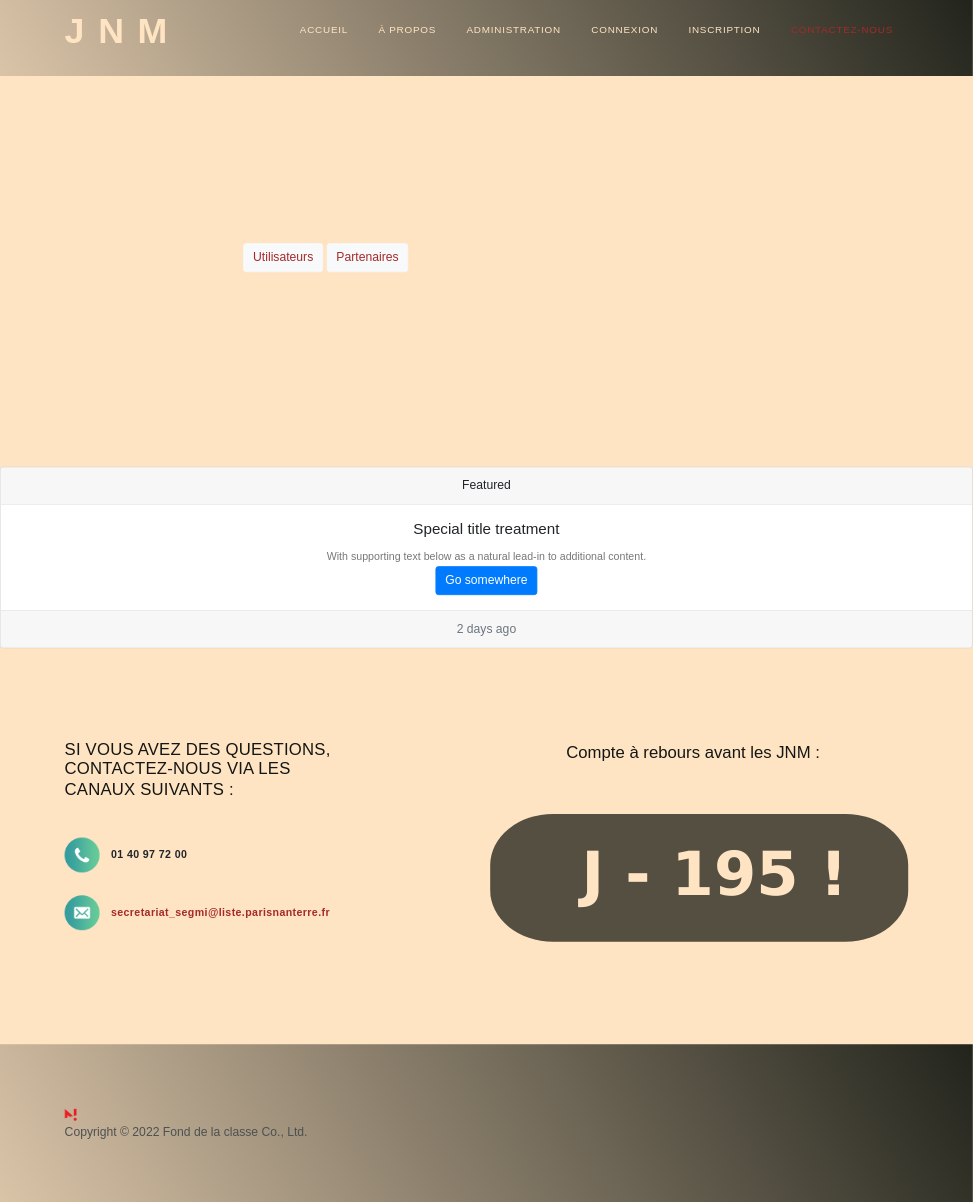
Repository: RiadNadri/ProjetWeb2022
Page: templates/Admin/admin.html.twig
These files come from the project's save history. The page is drawn as it stood at one moment and after the next save; the edit follows.
The browser window is 1280 px wide. The pictures show the whole page, at 76% of full size.
Some web fonts or font styles are not loaded; a fallback is used. The page is a Twig template of a Symfony application; nobody is signed in and links lead nowhere. The template is opened directly, without the code that normally fills it, so the values that code supplies are empty.

Above is the page before, as saved 2022-12-24 17:15:47.

### templates/Admin/admin.html.twig
{% extends 'base.html.twig' %}

{% block title %} Administration {% endblock %}


{% block body %}

<style>
    .buttonUser{
        margin-top: 25%;
        margin-bottom: 20%;
        margin-left: 25%;
    }
    .buttonPartenaire{
        margin-left:35%;
        font-size: xx-large;
    }
</style>

<div class="buttonUser">
    <div class="btn btn-light" >
        <a href="{{path('app_user')}}">Utilisateurs</a>
    </div>
    <div class="btn btn-light" >
        <a  href="{{path('app_partenaire')}}">Partenaires</a>
    </div>
</div>

<div class="card text-center">
  <div class="card-header">
    Featured
  </div>
  <div class="card-body">
    <h5 class="card-title">Special title treatment</h5>
    <p class="card-text">With supporting text below as a natural lead-in to additional content.</p>
    <a href="#" class="btn btn-primary">Go somewhere</a>
  </div>
  <div class="card-footer text-muted">
    2 days ago
  </div>
</div>
{% endblock %}

### templates/base.html.twig
<!DOCTYPE html>
<html>
    <head>
        <meta charset="UTF-8">
        <title>{% block title %}{% endblock %} - JNM</title>
        <meta name="viewport" content="width=device-width, initial-scale=1, shrink-to-fit=no">
        <meta name="description" content="">
        <meta name="author" content="">
        <link href="https://fonts.googleapis.com/css?family=Raleway:100,200,300,400,500,600,700,800,900&display=swap" rel="stylesheet">
        <link rel="shortcut icon" type= "image/png" href="{{ asset('img/favicon.png')}}" />

        {# Run `composer require symfony/webpack-encore-bundle` to start using Symfony UX #}

        <link rel="stylesheet" href="{{ asset('assets/css/bootstrap.min.css')}}">
        <link rel="stylesheet" href="{{ asset('assets/css/templatemo-breezed (1).css')}}">

        {% block stylesheets %}{% endblock %}

        {% block javascripts %}{% endblock %}
    </head>
    <body>

        <header class="header-area header-sticky">
        <div class="container">
            <div class="row">
                <div class="col-12">
                    <nav class="main-nav">
                        <!-- ***** Logo Start ***** -->
                        <a href="{{path('app_accueil')}}" class="logo">
                            JNM
                        </a>
                        <!-- ***** Logo End ***** -->
                        <!-- ***** Menu Start ***** -->
                        <ul class="nav">
                            <li class="scroll-to-section"><a href="{{path('app_accueil')}}" >Accueil</a></li>
                            <li class="scroll-to-section"><a href="#about">À propos</a></li>
                            <li class="scroll-to-section"><a href="{{path('app_admin')}}">Administration</a></li>
                            <li class="scroll-to-section"><a href="{{path('app_connexion')}}">Connexion</a></li>
                            {% if app.user %}
                                <li class="scroll-to-section"><a href="#réservation">Réservation</a></li>
                                <li class="scroll-to-section"><a href="{{path('app_profil')}}">Mon profil</a></li>
                                <li class="scroll-to-section"><a href="{{path('app_deconnexion')}}">Deconnexion</a></li>
                            {% else %}
                                <li class="scroll-to-section"><a href="{{path('app_inscription')}}">Inscription</a></li>
                            {% endif %}
                            <li class="scroll-to-section"><a href="#contact-us" class="active">Contactez-Nous</a></li>


                        </ul>

                        <!-- ***** Menu End ***** -->
                    </nav>
                </div>
            </div>
        </div>
    </header>

    {% block body %}
    <section class="section" id="about">
        <div class="container">
            <div class="row">
                <div class="col-lg-6 col-md-6 col-xs-12">
                    <div class="left-text-content">
                        <div class="section-heading">
                            <h6>À propos des Journées Nationales de la MIAGE</h6>
                            <h2>Certains de nos partenaires</h2>
                        </div>
                        <div class="row">
                            <div class="col-md-6 col-sm-6">
                                <div class="service-item">
                                    <a href="https://pepsi.fr/" rel ="nofollow noopener" target="_blank"> <img src="{{ asset('img/Pepsi-Logo-PNG-Pic.png')}}" alt=""> </a>
                                    <h4><a rel="nofollow noopener" href="https://pepsi.fr/" target="_blank">Pepsi</a></h4>
                                </div>
                            </div>
                            <div class="col-md-6 col-sm-6">
                                <div class="service-item">
                                    <a href="https://www.beinsports.com/france/" rel ="nofollow noopener" target="_blank"> <img src="{{ asset('img/Bein_sport_logo.png')}}" alt=""> </a>
                                    <h4><a rel="nofollow noopener" href="https://www.beinsports.com/france/" target="_blank">BeIn Sport</a></h4>
                                </div>
                            </div>
                            <div class="col-md-6 col-sm-6">
                                <div class="service-item">
                                    <a href="https://www.canalplus.com/" rel ="nofollow noopener" target="_blank"> <img src="{{ asset('img/canal-logo-png-transparent.png')}}" alt=""> </a>
                                    <h4><a rel="nofollow noopener" href="https://www.canalplus.com/" target="_blank">Canal +</a></h4>
                                </div>
                            </div>
                            <div class="col-md-6 col-sm-6">
                                <div class="service-item">
                                    <a href="https://www.wwf.fr/" rel ="nofollow noopener" target="_blank"> <img src="{{ asset('img/panda.png')}}" alt=""> </a>
                                    <h4><a rel="nofollow noopener" href="https://www.wwf.fr/" target="_blank">WWF</a></h4>
                                </div>
                            </div>
                            <div class="col-md-12">
                                <a href="#" class="main-button-icon">
                                    En savoir plus
                                </a>
                            </div>
                        </div>
                    </div>
                </div>
                <div class="col-lg-6 col-md-6 col-xs-12">
                    <div class="right-text-content">
                        <p>Les Journées Nationales de la Miage sont organisées par <a rel="nofollow noopener" href="https://www.parisnanterre.fr/" target="_blank">L'Université Paris Nanterre</a> en 2023.
                        <br><br>Du 01/06/2023 au 04/06/2023 venez participer aux Journées Nationales de la MIAGE aux portes de Paris sur le campus de Nanterre. Retrouvez-y toutes les MIAGE de France pour partager un bon moment.
                      <br><br>Prenez part aux différentes activités et profitez-en pour élargir votre réseau miagiste !</p>
                    </div>
                </div>
            </div>
        </div>
    </section>

    <section class="section" id="features">
        <div class="container">
            <div class="row">
                <div class="col-lg-4 col-md-6 col-sm-12 col-xs-12" data-scroll-reveal="enter left move 30px over 0.6s after 0.4s">
                    <div class="features-item">
                        <div class="features-icon">
                            <img src="{{ asset('img/Icone.png')}}" height="30px" width="30px" alt="">
                        </div>
                        <div class="features-content">
                            <h4>Le campus de Nanterre</h4>
                            <p>Situé à proximité du quartier d'affaires da La Défense, le campus de Nanterre s'étend sur 30 hectares.<br> Chaque année, il accueille plus de 40 000 étudiants et met à leur disposition divers types d'infrastructures permettant de pratiquer des activités sportives et culturelles !</p>
                            <a href="https://www.parisnanterre.fr/" target="_blank" class="text-button-icon">
                                En savoir plus
                            </a>
                        </div>
                    </div>
                </div>
                <div class="col-lg-4 col-md-6 col-sm-12 col-xs-12" data-scroll-reveal="enter bottom move 30px over 0.6s after 0.4s">
                    <div class="features-item">
                        <div class="features-icon">
                            <img src="{{ asset('img/miage.png')}}" height="30px" width="30px" alt="">
                        </div>
                        <div class="features-content">
                            <h4>La Miage de Nanterre</h4>
                            <p>Intégrée au sein de l'Unité de Formation et de Recherche
                                <a href="https://ufr-segmi.parisnanterre.fr/" rel="nofollow noopener" target="_blank">
                                SEGMI
                                </a> au bâtiment Allais (G), la MIAGE de Nanterre</p>
                            <a href="https://miage.parisnanterre.fr/" class="text-button-icon">
                                En savoir plus
                            </a>
                        </div>
                    </div>
                </div>
                <div class="col-lg-4 col-md-6 col-sm-12 col-xs-12" data-scroll-reveal="enter right move 30px over 0.6s after 0.4s">
                    <div class="features-item">
                        <div class="features-icon">
                            <img src="{{ asset('img/eiffel.png')}}" height="50px" width="50px"alt="">
                        </div>
                        <div class="features-content">
                            <h4>Le séjour à Paris</h4>
                            <p>Vous pourrez profiter d'ếtre aux portes de Paris pour visiter la capitale. La ligne du RER A vous permettra de rejoindre le centre-ville en moins de 30 minutes.<br> Allez explorer le 1er arrondissement riche en culture, ou manger dans l'un des 18 000 restaurants parisiens !</p>
                            <a href="https://www.parisinfo.com/visiter-a-paris" class="text-button-icon">
                                En savoir plus
                            </a>
                        </div>
                    </div>
                </div>
            </div>
        </div>
    </section>
    {% endblock %}


    <!-- ***** Contact Us Area Starts ***** -->
    <section class="section" id="contact-us">
        <div class="container">
            <div class="row">
                <div class="col-lg-4 col-md-4 col-xs-12">
                    <div class="left-text-content">
                        <div class="section-heading">
                            <h6>Si vous avez des questions, Contactez-nous via les canaux suivants :</h6>
                        </div>
                        <ul class="contact-info">
                            <li><img src="{{ asset('img/contact-info-01.png')}}" alt="">01 40 97 72 00</li>
                            <li><img src="{{ asset('img/contact-info-02.png')}}" alt=""><a href="mailto:secretariat_segmi@liste.parisnanterre.fr">secretariat_segmi@liste.parisnanterre.fr</a></li>
                        </ul>
                    </div>
                </div>

                <div class="col-lg-8 col-md-6 col-xs-12">
                    <div class="section-heading">
                        <h7>Compte à rebours avant les JNM :</h7>
                    </div>
                    <div class="cpt">

                        <label id="Compte"></label>
                            <script type="text/javascript" >
                                var Affiche=document.getElementById("Compte");
                                function Rebour() {
                                 var date1 = new Date();
                                 var date2 = new Date ("Jun 1, 2023 00:00:00");
                                 var sec = (date2 - date1) / 1000;
                                 var n = 24 * 3600;
                                 if (sec > 0) {
                                        j = Math.floor (sec / n);
                                        Affiche.innerHTML = "J - " + j + " !";
                                 }
                                 tRebour=setTimeout ("Rebour();", 1000);
                                }
                             Rebour();
                            </script>

                    </div>
                </div>

            </div>
        </div>
    </section>


    </body>


    <!-- ***** Footer Start ***** -->
    <footer>
        <div class="container">
            <div class="row">
                <div class="col-lg-6 col-xs-12">
                    <div class="left-text-content">
                        <a rel="nofollow noopener" href="https://www.parisnanterre.fr/" target="_blank"><img src="{{ asset('img/Icone.png')}}" alt=""><br>Copyright &copy; 2022 Fond de la classe Co., Ltd. </a>
                    </div>
                </div>

            </div>
        </div>
    </footer>
</html>

Loaded but not shown: public/assets/css/bootstrap.min.css (library); public/assets/css/templatemo-breezed (1).css (908 lines, source omitted)

After the next save:
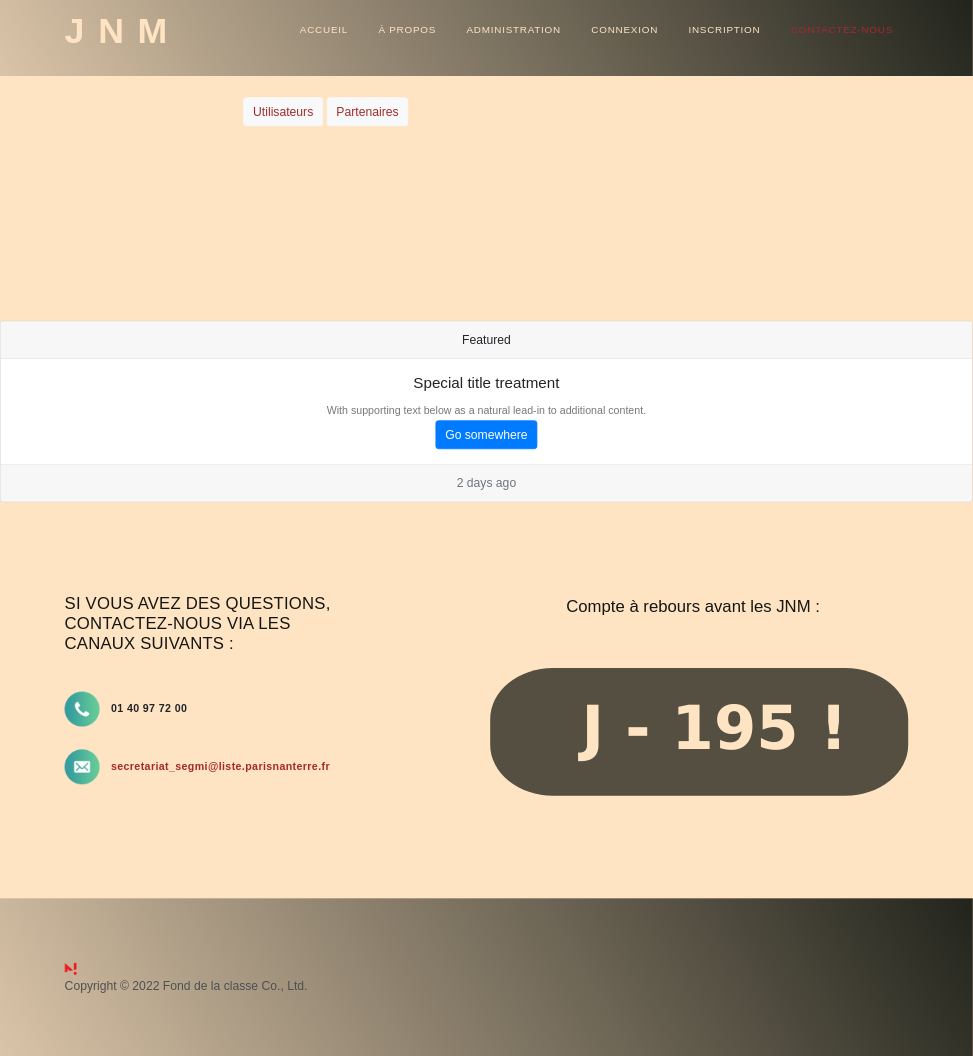
Saved 13 s later.
--- a/templates/Admin/admin.html.twig
+++ b/templates/Admin/admin.html.twig
@@ -7,7 +7,7 @@
 
 <style>
     .buttonUser{
-        margin-top: 25%;
+        margin-top: 10%;
         margin-bottom: 20%;
         margin-left: 25%;
     }
